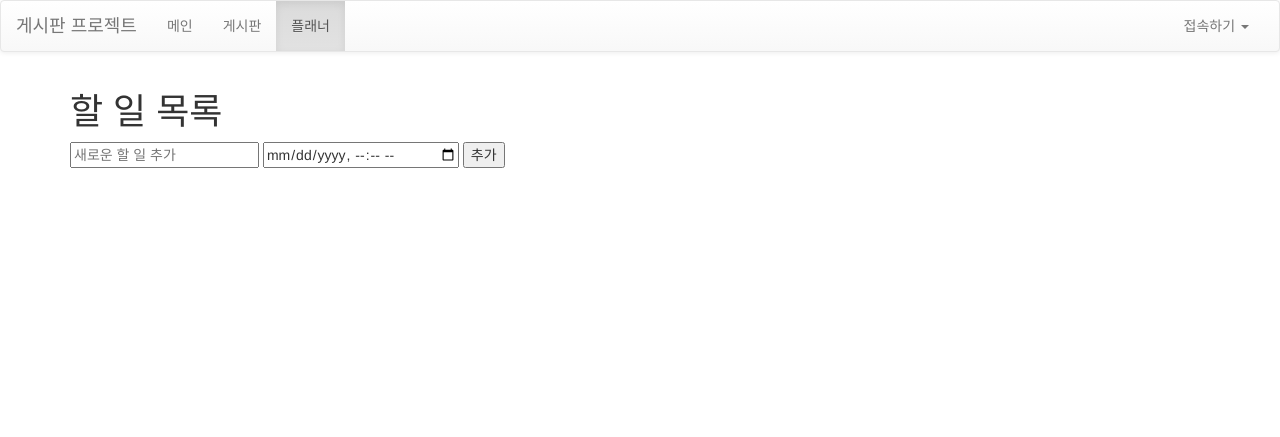
Repository: Seok7975/JSP-Education
Page: http://localhost/BBS/planner.jsp
The author's editor kept a copy of each file at every save. The page is drawn from the files as they stood at one save, then again after the next save.
The browser window is 1280 px wide. The pictures show the whole page.
Some web libraries are served in a nearby version. The page is served by Tomcat 9.

Above is the page before, as saved 2024-06-10 06:29:10.

After the next save:
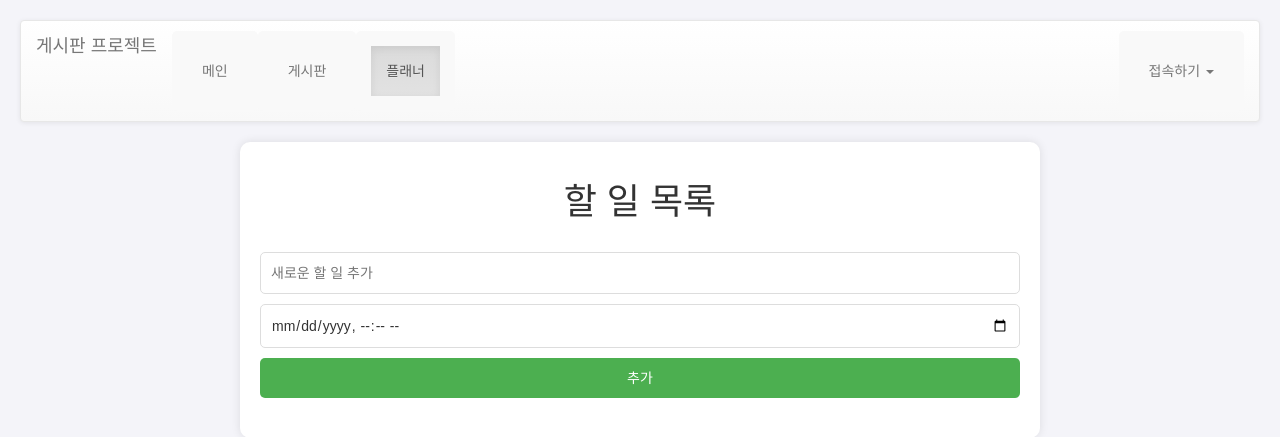
Saved 76 s later.
--- a/List_Projects/BBS/src/main/webapp/planner.jsp
+++ b/List_Projects/BBS/src/main/webapp/planner.jsp
@@ -13,6 +13,83 @@
     <script src="https://code.jquery.com/jquery-3.1.1.min.js"></script>
     <script src="https://cdn.jsdelivr.net/npm/bootstrap@3.3.7/dist/js/bootstrap.min.js" integrity="sha384-Tc5IQib027qvyjSMfHjOMaLkfuWVxZxUPnCJA7l2mCWNIpG9mGCD8wGNIcPD7Txa" crossorigin="anonymous"></script>
     <style>
+        body {
+            font-family: Arial, sans-serif;
+            background-color: #f4f4f9;
+            margin: 0;
+            padding: 20px;
+        }
+        .container {
+            background: #fff;
+            padding: 20px;
+            border-radius: 10px;
+            box-shadow: 0 0 10px rgba(0, 0, 0, 0.1);
+            max-width: 800px;
+            margin: auto;
+        }
+        h1 {
+            text-align: center;
+            color: #333;
+            margin-bottom: 30px;
+        }
+        ul {
+            list-style: none;
+            padding: 0;
+        }
+        ul li {
+            background: #f9f9f9;
+            margin: 10px 0;
+            padding: 15px;
+            border-radius: 5px;
+            display: flex;
+            justify-content: space-between;
+            align-items: center;
+            transition: background 0.3s;
+        }
+        ul li:hover {
+            background: #ececec;
+        }
+        ul li span {
+            flex-grow: 1;
+            margin-left: 10px;
+        }
+        ul li.completed span {
+            text-decoration: line-through;
+            color: #999;
+        }
+        .delete {
+            background: #ff6b6b;
+            color: white;
+            border: none;
+            padding: 5px 10px;
+            border-radius: 5px;
+            cursor: pointer;
+            transition: background 0.3s;
+        }
+        .delete:hover {
+            background: #ff4c4c;
+        }
+        .add-item {
+            display: flex;
+            flex-direction: column;
+            gap: 10px;
+            margin-bottom: 20px;
+        }
+        .add-item input, .add-item button {
+            padding: 10px;
+            border: 1px solid #ddd;
+            border-radius: 5px;
+        }
+        .add-item button {
+            background: #4caf50;
+            color: white;
+            border: none;
+            cursor: pointer;
+            transition: background 0.3s;
+        }
+        .add-item button:hover {
+            background: #45a049;
+        }
     </style>
 </head>
 <body>

After the save that followed:
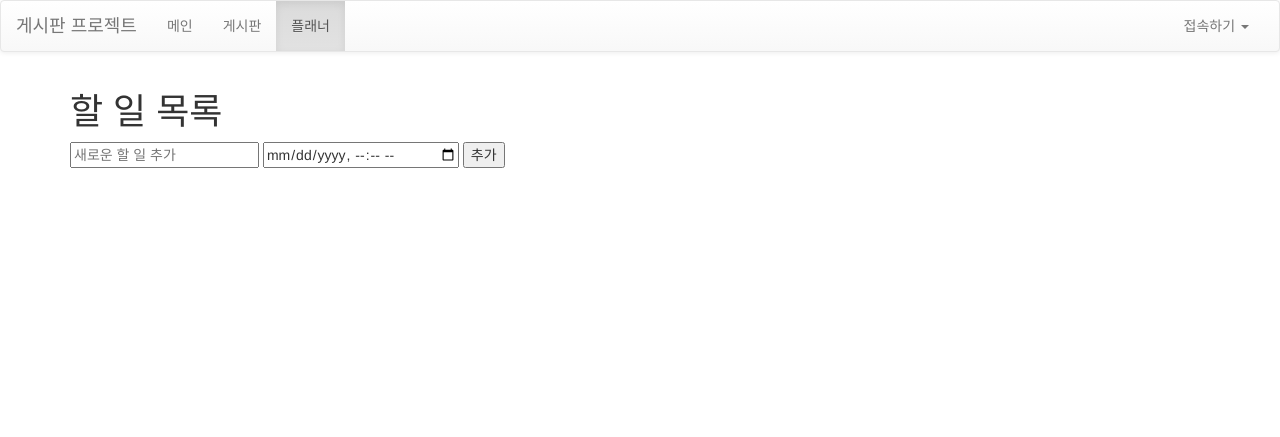
Saved 13 s later.
--- a/List_Projects/BBS/src/main/webapp/planner.jsp
+++ b/List_Projects/BBS/src/main/webapp/planner.jsp
@@ -13,83 +13,6 @@
     <script src="https://code.jquery.com/jquery-3.1.1.min.js"></script>
     <script src="https://cdn.jsdelivr.net/npm/bootstrap@3.3.7/dist/js/bootstrap.min.js" integrity="sha384-Tc5IQib027qvyjSMfHjOMaLkfuWVxZxUPnCJA7l2mCWNIpG9mGCD8wGNIcPD7Txa" crossorigin="anonymous"></script>
     <style>
-        body {
-            font-family: Arial, sans-serif;
-            background-color: #f4f4f9;
-            margin: 0;
-            padding: 20px;
-        }
-        .container {
-            background: #fff;
-            padding: 20px;
-            border-radius: 10px;
-            box-shadow: 0 0 10px rgba(0, 0, 0, 0.1);
-            max-width: 800px;
-            margin: auto;
-        }
-        h1 {
-            text-align: center;
-            color: #333;
-            margin-bottom: 30px;
-        }
-        ul {
-            list-style: none;
-            padding: 0;
-        }
-        ul li {
-            background: #f9f9f9;
-            margin: 10px 0;
-            padding: 15px;
-            border-radius: 5px;
-            display: flex;
-            justify-content: space-between;
-            align-items: center;
-            transition: background 0.3s;
-        }
-        ul li:hover {
-            background: #ececec;
-        }
-        ul li span {
-            flex-grow: 1;
-            margin-left: 10px;
-        }
-        ul li.completed span {
-            text-decoration: line-through;
-            color: #999;
-        }
-        .delete {
-            background: #ff6b6b;
-            color: white;
-            border: none;
-            padding: 5px 10px;
-            border-radius: 5px;
-            cursor: pointer;
-            transition: background 0.3s;
-        }
-        .delete:hover {
-            background: #ff4c4c;
-        }
-        .add-item {
-            display: flex;
-            flex-direction: column;
-            gap: 10px;
-            margin-bottom: 20px;
-        }
-        .add-item input, .add-item button {
-            padding: 10px;
-            border: 1px solid #ddd;
-            border-radius: 5px;
-        }
-        .add-item button {
-            background: #4caf50;
-            color: white;
-            border: none;
-            cursor: pointer;
-            transition: background 0.3s;
-        }
-        .add-item button:hover {
-            background: #45a049;
-        }
     </style>
 </head>
 <body>
